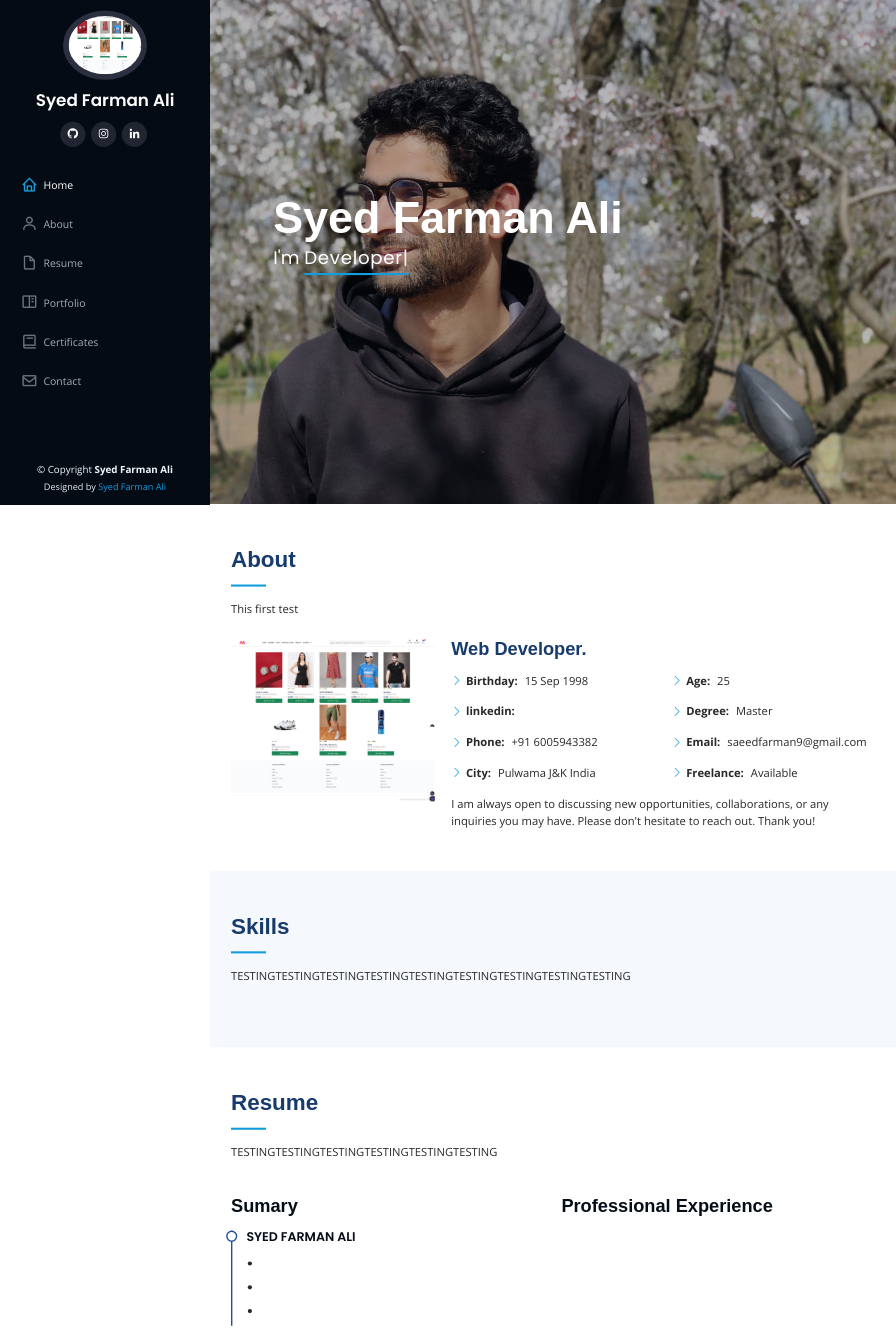
Repository: FARMAN9/portfoilo_django
Page: http://localhost/
An editor plug-in stored every save of this project. The page is shown before and after a run of saves, followed by the edit.
The browser window is 1280 px wide. The pictures show the part of the page from y = 0 to 1920 px (the page is 3795 px tall), at 70% of full size.
Backgrounds fixed to the window are drawn as part of the page. Some web fonts or font styles are not loaded; a fallback is used. The page is served by the project's application, run on Django 4.2 (manage.py). The page reads the database file committed with the project. Queries for data that is not in the repository find no rows.

Above is the page before, as saved 2024-07-14 18:52:18.

After the next 2 saves:
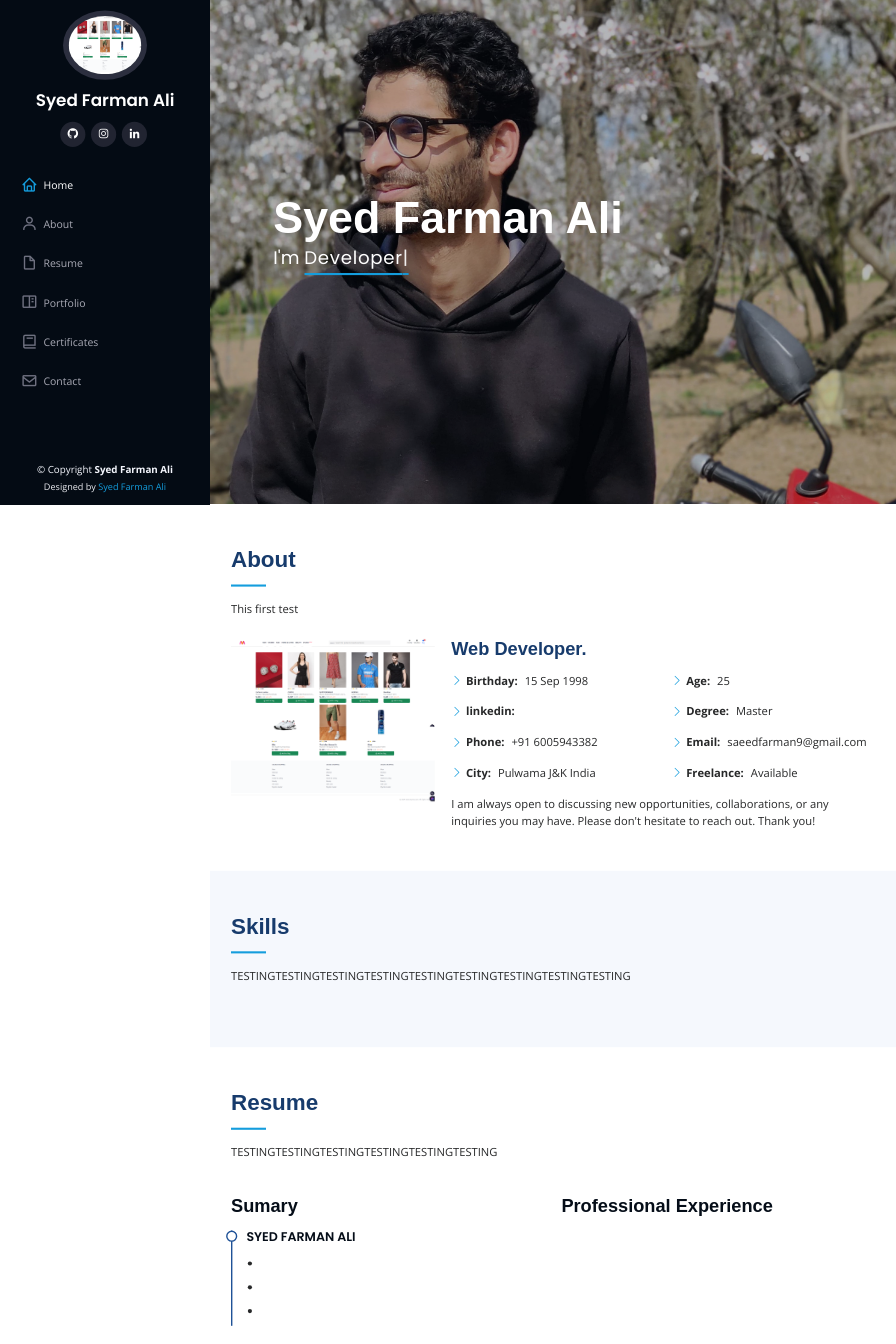
The 2 saves are shown as one change because they came seconds apart.
The last was saved 33 min 43 s later.
--- a/templates/index.html
+++ b/templates/index.html
@@ -70,7 +70,7 @@
   </header><!-- End Header -->
 
   <!-- ======= Hero Section ======= -->
-  <section id="hero" class="d-flex flex-column justify-content-center align-items-center" style="background-image: url('{{main.0.background.url}}');">
+  <section id="hero" class="d-flex flex-column justify-content-center align-items-center" style="background-image: url('{{main.0.background.url}}'); background-size: cover; background-position: center;">
     <div class="hero-container" data-aos="fade-in">
       <h1>{{Name}}</h1>
       <p>I'm <span class="typed" data-typed-items="{{main.0.iam1}},{{main.0.iam2}},{{main.0.iam3}}"></span></p>
